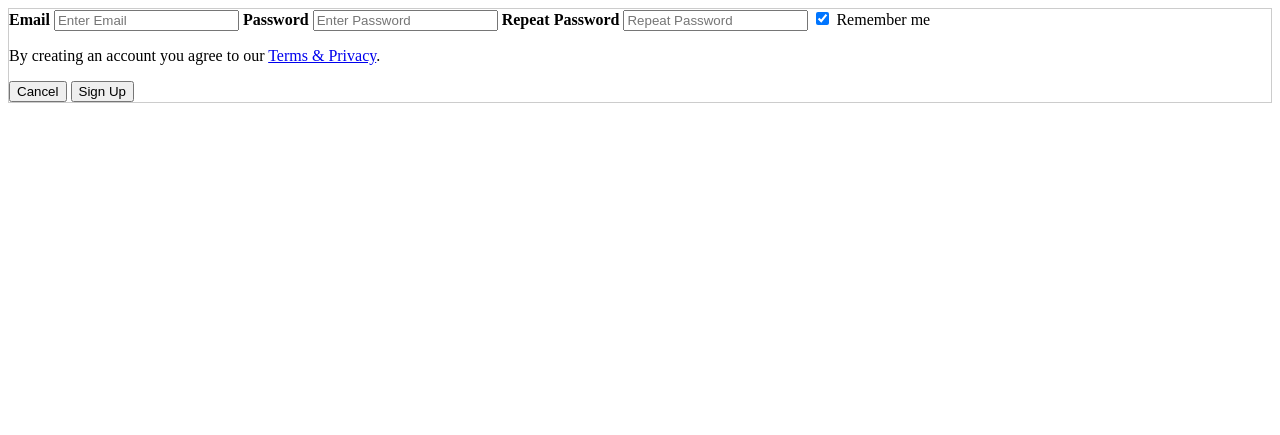
Repository: hamshini/demopro
Page: wippro/Application/WebContent/signup.html
The author's editor kept a copy of each file at every save. The page is drawn from the files as they stood at one save, then again after the next save.
The browser window is 1280 px wide. The pictures show the whole page.

Above is the page before, as saved 2018-01-06 05:01:03.

### wippro/Application/WebContent/signup.html
<!DOCTYPE html>
<html>
<head>
<meta charset="ISO-8859-1">
<title>Insert title here</title>
</head>
<body>

<form action="/action_page.php" style="border:1px solid #ccc">
  <div class="container">
    <label><b>Email</b></label>
    <input type="text" placeholder="Enter Email" name="email" required>

    <label><b>Password</b></label>
    <input type="password" placeholder="Enter Password" name="psw" required>

    <label><b>Repeat Password</b></label>
    <input type="password" placeholder="Repeat Password" name="psw-repeat" required>
    <input type="checkbox" checked="checked"> Remember me
    <p>By creating an account you agree to our <a href="#">Terms & Privacy</a>.</p>

    <div class="clearfix">
      <button type="button" class="cancelbtn">Cancel</button>
      <button type="submit" class="signupbtn">Sign Up</button>
    </div>
  </div>
</form>
</body>
</html>

After the next save:
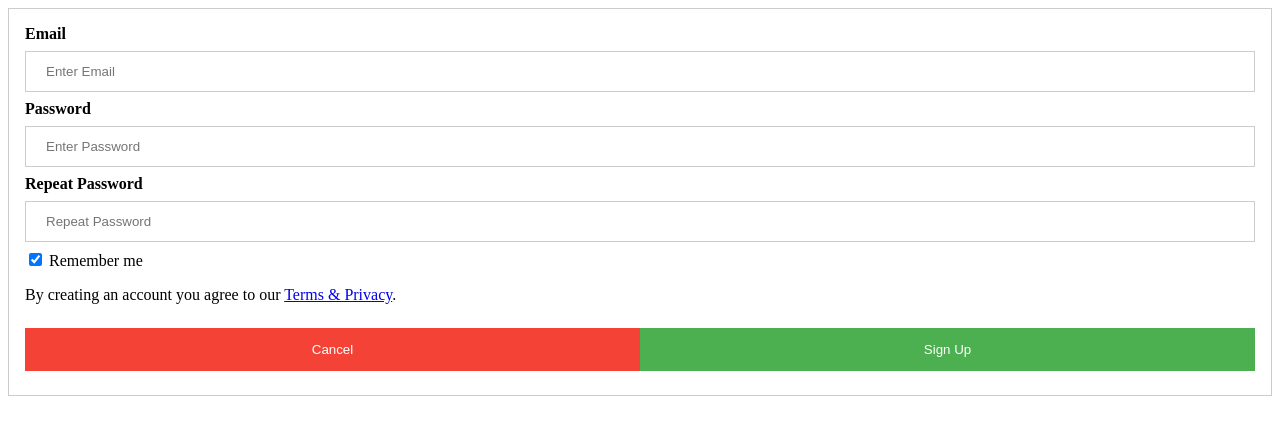
Saved 6 min 32 s later.
--- a/wippro/Application/WebContent/signup.html
+++ b/wippro/Application/WebContent/signup.html
@@ -4,6 +4,59 @@
 <meta charset="ISO-8859-1">
 <title>Insert title here</title>
 </head>
+<style>
+/* Full-width input fields */
+input[type=text], input[type=password] {
+    width: 100%;
+    padding: 12px 20px;
+    margin: 8px 0;
+    display: inline-block;
+    border: 1px solid #ccc;
+    box-sizing: border-box;
+}
+
+/* Set a style for all buttons */
+button {
+    background-color: #4CAF50;
+    color: white;
+    padding: 14px 20px;
+    margin: 8px 0;
+    border: none;
+    cursor: pointer;
+    width: 100%;
+}
+
+/* Extra styles for the cancel button */
+.cancelbtn {
+    padding: 14px 20px;
+    background-color: #f44336;
+}
+
+/* Float cancel and signup buttons and add an equal width */
+.cancelbtn,.signupbtn {
+    float: left;
+    width: 50%;
+}
+
+/* Add padding to container elements */
+.container {
+    padding: 16px;
+}
+
+/* Clear floats */
+.clearfix::after {
+    content: "";
+    clear: both;
+    display: table;
+}
+
+/* Change styles for cancel button and signup button on extra small screens */
+@media screen and (max-width: 300px) {
+    .cancelbtn, .signupbtn {
+       width: 100%;
+    }
+}
+</style>
 <body>
 
 <form action="/action_page.php" style="border:1px solid #ccc">
